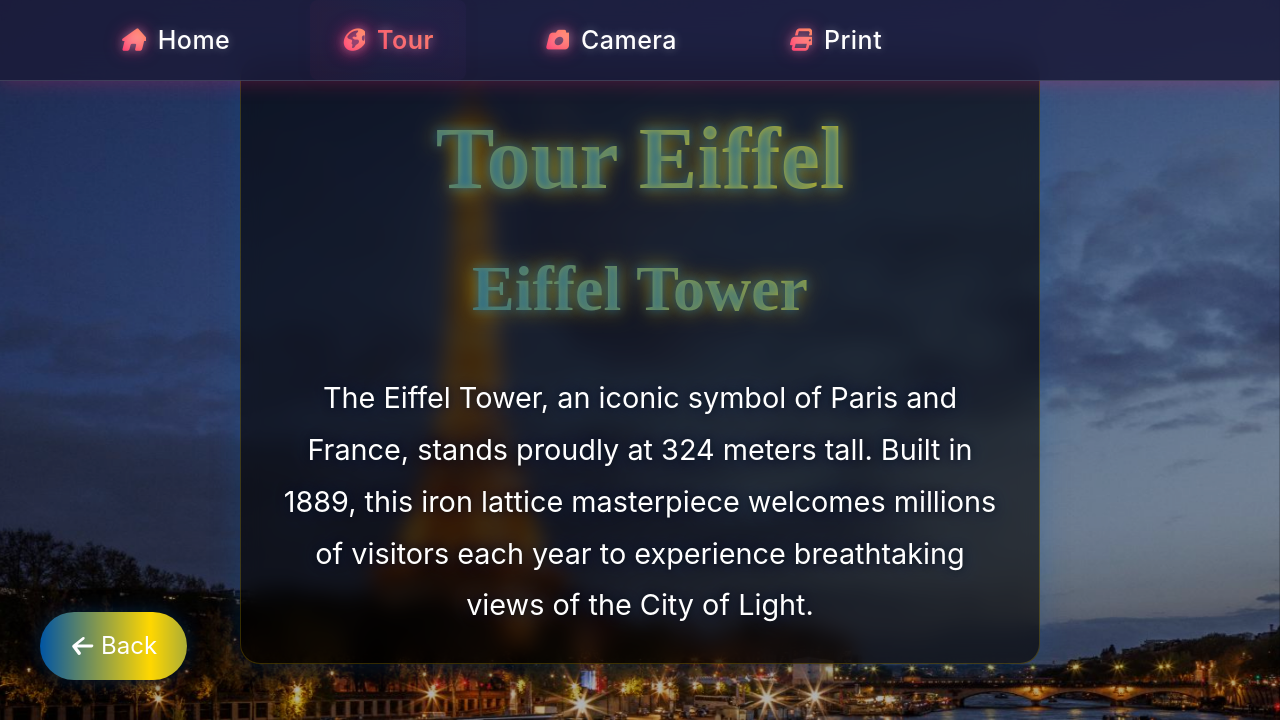
Repository: huang-heavenly-Emperor/NewYork
Page: eiffel.html
An editor plug-in stored every save of this project. The page is shown before and after the next save, followed by the edit.
The browser window is 1280 px wide. The pictures show the whole page.

Above is the page before, as saved 2025-02-19 14:57:11.

### eiffel.html
<!DOCTYPE html>
<html lang="en">

<head>
  <meta charset="UTF-8">
  <meta name="viewport" content="width=device-width, initial-scale=1.0">
  <title>Eiffel Tower - France</title>
  <link rel="stylesheet" href="css/style.css">
  <link rel="stylesheet" href="css/eiffel.css">
  <link rel="stylesheet" href="css/animations.css">
  <link rel="stylesheet" href="lib/font-awesome.css">
</head>

<body>
  <!-- 开场动画 -->
  <div class="page-entrance">
    <div class="entrance-content">
      <h1 class="entrance-title">
        <span class="french">Tour Eiffel</span>
        <span class="english">Eiffel Tower</span>
      </h1>
      <div class="entrance-line"></div>
      <p class="entrance-subtitle">Symbol of Paris</p>
    </div>
  </div>

  <!-- 页面主要内容 -->
  <div class="content-delay">
    <!-- Main navigation -->
    <nav class="main-nav">
      <ul class="nav-links">
        <li>
          <a href="index.html">
            <i class="fas fa-home"></i>
            Home
          </a>
        </li>
        <li class="dropdown">
          <a href="tour.html" class="active">
            <i class="fas fa-globe-americas"></i>
            Tour
          </a>
          <ul class="dropdown-menu">
            <li class="nested-dropdown">
              <a href="france.html" class="active">
                Europe
              </a>
              <ul class="nested-dropdown-menu">
                <li>
                  <a href="eiffel.html" class="active">
                    <span>Eiffel Tower</span>
                  </a>
                </li>
                <li>
                  <a href="louvre.html">
                    <span>Louvre Museum</span>
                  </a>
                </li>
              </ul>
            </li>
          </ul>
        </li>
        <li>
          <a href="camera.html">
            <i class="fas fa-camera"></i>
            Camera
          </a>
        </li>
        <li>
          <a href="print.html">
            <i class="fas fa-print"></i>
            Print
          </a>
        </li>
      </ul>
    </nav>

    <div class="banner">
      <img src="images/eiffel.jpg" alt="Eiffel Tower">
      <div class="banner-text">
        <h1>
          <span class="french">Tour Eiffel</span>
          <span class="english">Eiffel Tower</span>
        </h1>
        <p>
          The Eiffel Tower, an iconic symbol of Paris and France, stands proudly at 324 meters tall. Built in 1889, this iron lattice masterpiece welcomes millions of visitors each year to experience breathtaking views of the City of Light.
        </p>
      </div>
    </div>

    <a href="france.html" class="back-button">
      <i class="fas fa-arrow-left"></i>
      <span>Back</span>
    </a>
  </div>

  <script>
    document.addEventListener('DOMContentLoaded', function() {
      // 页面入场动画
      const pageEntrance = document.querySelector('.page-entrance');
      const contentDelay = document.querySelector('.content-delay');

      setTimeout(() => {
        pageEntrance.style.opacity = '0';
        pageEntrance.style.visibility = 'hidden';
        contentDelay.style.opacity = '1';
      }, 2000);
    });
  </script>
</body>

</html>

### css/eiffel.css
/* Base styles */
* {
    margin: 0;
    padding: 0;
    box-sizing: border-box;
}

body {
    font-family: 'Inter', sans-serif;
    line-height: 1.6;
    color: #ffffff;
    background: #000000;
    height: 100vh;
    overflow: hidden;
}

/* Banner section */
.banner {
    position: relative;
    width: 100vw;
    height: 100vh;
    overflow: hidden;
    display: flex;
    flex-direction: column;
    align-items: center;
    justify-content: center;
}

.banner img {
    position: absolute;
    top: 0;
    left: 0;
    width: 100%;
    height: 100%;
    object-fit: cover;
    filter: brightness(0.7) saturate(1.2);
    animation: zoomIn 1.5s ease-out forwards;
    z-index: 1;
}

.banner h1 {
    position: relative;
    font-family: 'Playfair Display', serif;
    font-size: 5rem;
    background: linear-gradient(45deg, #0055A4, #FFD700);
    -webkit-background-clip: text;
    -webkit-text-fill-color: transparent;
    text-shadow:
        0 0 10px rgba(0, 85, 164, 0.7),
        0 0 20px rgba(255, 215, 0, 0.7);
    opacity: 0;
    animation: titleReveal 1.2s ease-out 0.8s forwards;
    z-index: 2;
    margin-bottom: 2rem;
    text-align: center;
}

.banner h1 .french {
    display: block;
    font-size: 5.5rem;
    margin-bottom: 0.5rem;
}

.banner h1 .english {
    display: block;
    font-size: 4rem;
}

/* Article content */
.content {
    position: relative;
    max-width: 800px;
    width: 90%;
    padding: 2rem;
    z-index: 2;
    opacity: 0;
    animation: contentFadeIn 1s ease-out 1.5s forwards;
}

.banner-text {
    position: relative;
    max-width: 800px;
    width: 90%;
    padding: 2rem;
    z-index: 2;
    opacity: 0;
    animation: contentFadeIn 1s ease-out 1.5s forwards;
    background: rgba(0, 0, 0, 0.6);
    backdrop-filter: blur(10px);
    border-radius: 20px;
    border: 1px solid rgba(255, 215, 0, 0.2);
    box-shadow: 0 0 30px rgba(0, 85, 164, 0.3);
}

.banner-text p {
    font-size: 1.8rem;
    line-height: 1.8;
    color: #ffffff;
    text-align: center;
    text-shadow:
        0 0 10px rgba(0, 0, 0, 0.8),
        0 0 20px rgba(0, 85, 164, 0.5);
}

/* Page entrance animation */
.page-entrance {
    position: fixed;
    top: 0;
    left: 0;
    width: 100%;
    height: 100%;
    background: #000;
    display: flex;
    justify-content: center;
    align-items: center;
    z-index: 1000;
    transition: opacity 0.5s ease, visibility 0.5s ease;
}

.entrance-content {
    text-align: center;
    opacity: 0;
    animation: entranceFadeIn 1s ease forwards 0.5s;
}

.entrance-title {
    margin-bottom: 2rem;
}

.entrance-title .french {
    display: block;
    font-size: 5rem;
    color: #FFD700;
    margin-bottom: 1rem;
    text-shadow: 0 0 20px rgba(255, 215, 0, 0.4);
    opacity: 0;
    animation: titleGlow 2s ease forwards;
}

.entrance-title .english {
    display: block;
    font-size: 3rem;
    color: #0055A4;
    text-transform: uppercase;
    letter-spacing: 0.2em;
    opacity: 0;
    animation: titleReveal 1.5s ease forwards 0.5s;
}

.entrance-line {
    width: 0;
    height: 2px;
    background: linear-gradient(to right, transparent, #FFD700, transparent);
    margin: 2rem auto;
    animation: lineExpand 1s ease-out forwards 1s;
}

.entrance-subtitle {
    font-size: 1.5rem;
    color: #ffffff;
    opacity: 0;
    animation: subtitleFade 1s ease forwards 1.5s;
}

/* Back button */
.back-button {
    position: fixed;
    bottom: 40px;
    left: 40px;
    padding: 15px 30px;
    font-size: 24px;
    color: #ffffff;
    background: linear-gradient(
        270deg,
        #0055A4,
        #FFD700,
        #0055A4,
        #FFD700,
        #0055A4
    );
    background-size: 300% 100%;
    border: none;
    border-radius: 50px;
    cursor: pointer;
    display: flex;
    align-items: center;
    gap: 10px;
    text-decoration: none;
    transition: all 0.3s ease;
    z-index: 1000;
    box-shadow: 0 4px 15px rgba(0, 0, 0, 0.3),
                0 0 20px rgba(0, 85, 164, 0.4);
    animation: gradientMove 4s linear infinite;
}

.back-button:hover {
    transform: translateY(-3px);
    box-shadow: 0 6px 20px rgba(0, 0, 0, 0.4),
                0 0 30px rgba(0, 85, 164, 0.6),
                0 0 50px rgba(255, 215, 0, 0.4);
    animation: gradientMove 2s linear infinite;
}

.back-button i {
    font-size: 24px;
}

/* Animations */
@keyframes zoomIn {
    0% {
        transform: scale(1.2);
        filter: brightness(0);
    }
    100% {
        transform: scale(1);
        filter: brightness(0.7) saturate(1.2);
    }
}

@keyframes titleReveal {
    0% {
        opacity: 0;
        transform: translateY(-20px);
    }
    100% {
        opacity: 1;
        transform: translateY(0);
    }
}

@keyframes contentFadeIn {
    0% {
        opacity: 0;
        transform: translateY(30px);
    }
    100% {
        opacity: 1;
        transform: translateY(0);
    }
}

@keyframes gradientMove {
    0% {
        background-position: 0% 50%;
    }
    100% {
        background-position: 300% 50%;
    }
}

@keyframes entranceFadeIn {
    0% {
        opacity: 0;
        transform: translateY(30px);
    }
    100% {
        opacity: 1;
        transform: translateY(0);
    }
}

@keyframes titleGlow {
    0% {
        opacity: 0;
        text-shadow: 0 0 0 rgba(255, 215, 0, 0);
    }
    50% {
        opacity: 0.5;
        text-shadow: 0 0 30px rgba(255, 215, 0, 0.6);
    }
    100% {
        opacity: 1;
        text-shadow: 0 0 20px rgba(255, 215, 0, 0.4);
    }
}

@keyframes lineExpand {
    0% {
        width: 0;
    }
    100% {
        width: 200px;
    }
}

@keyframes subtitleFade {
    0% {
        opacity: 0;
        transform: translateY(20px);
    }
    100% {
        opacity: 1;
        transform: translateY(0);
    }
}

/* Responsive design */
@media (max-width: 768px) {
    .banner h1 {
        font-size: 3.5rem;
    }

    .banner h1 .french {
        font-size: 4rem;
    }

    .banner h1 .english {
        font-size: 3rem;
    }

    .banner-text p {
        font-size: 1.4rem;
    }

    .back-button {
        padding: 12px 25px;
        font-size: 20px;
    }
}

@media (max-width: 480px) {
    .banner h1 {
        font-size: 2.5rem;
    }

    .banner h1 .french {
        font-size: 3rem;
    }

    .banner h1 .english {
        font-size: 2.2rem;
    }

    .banner-text p {
        font-size: 1.2rem;
    }

    .back-button {
        padding: 10px 20px;
        font-size: 18px;
    }
}

### css/animations.css
/* Opening animation */
@keyframes fadeInScale {
  0% {
    opacity: 0;
    transform: scale(0.9);
  }
  50% {
    opacity: 0.5;
    transform: scale(1.02);
  }
  100% {
    opacity: 1;
    transform: scale(1);
  }
}

@keyframes slideInFromBottom {
  0% {
    opacity: 0;
    transform: translate(-50%, 50px);
  }
  60% {
    opacity: 0.8;
    transform: translate(-50%, -5px);
  }
  80% {
    transform: translate(-50%, 2px);
  }
  100% {
    opacity: 1;
    transform: translate(-50%, 0);
  }
}

@keyframes slideInFromTop {
  0% {
    opacity: 0;
    transform: translateY(-30px);
  }
  100% {
    opacity: 1;
    transform: translateY(0);
  }
}

@keyframes fadeInRotate {
  0% {
    opacity: 0;
    transform: rotate(-10deg) scale(0.95);
  }
  100% {
    opacity: 1;
    transform: rotate(0) scale(1);
  }
}

/* Navigation bar animation */
.main-nav {
  animation: slideInFromTop 0.8s cubic-bezier(0.34, 1.56, 0.64, 1);
}

.nav-links li {
  opacity: 0;
  animation: fadeInRotate 0.6s cubic-bezier(0.34, 1.56, 0.64, 1) forwards;
}

.nav-links li:nth-child(1) { animation-delay: 0.2s; }
.nav-links li:nth-child(2) { animation-delay: 0.3s; }
.nav-links li:nth-child(3) { animation-delay: 0.4s; }
.nav-links li:nth-child(4) { animation-delay: 0.5s; }

/* Navigation link hover effect */
.nav-links a {
  transition: all 0.3s cubic-bezier(0.34, 1.56, 0.64, 1);
}

.nav-links a:hover {
  transform: translateY(-2px) scale(1.05);
  text-shadow: 0 2px 4px rgba(0, 0, 0, 0.2);
}

/* Rocket animation */
.rocketManSVG {
  opacity: 0;
  animation: fadeInScale 1s cubic-bezier(0.23, 1, 0.32, 1) 1s forwards;
}

/* Star animation */
.star {
  opacity: 0;
  animation: fadeInRotate 0.8s cubic-bezier(0.34, 1.56, 0.64, 1) forwards;
}

.starContainer .star:nth-child(odd) {
  animation-delay: 0.5s;
}

.starContainer .star:nth-child(even) {
  animation-delay: 0.7s;
}

/* Satellite animation */
.satellite {
  opacity: 0;
  animation: fadeInScale 1s cubic-bezier(0.23, 1, 0.32, 1) 1.2s forwards;
}

/* Title animation */
.demo--dancing-shadows__title {
  animation: fadeInScale 1.8s cubic-bezier(0.23, 1, 0.32, 1);
}

.text-wrapper {
  animation: fadeInScale 2s cubic-bezier(0.23, 1, 0.32, 1) 0.2s backwards;
}

/* CTA button animation */
.cta-wrapper {
  position: fixed;
  bottom: 50px;
  left: 50%;
  transform: translateX(-50%);
  z-index: 1000;
  animation: slideInFromBottom 1.2s cubic-bezier(0.34, 1.56, 0.64, 1) 1.5s backwards;
  opacity: 1;
}

.cta-button {
  transition: all 0.5s cubic-bezier(0.34, 1.56, 0.64, 1);
  will-change: transform;
  position: relative;
  z-index: 1000;
  opacity: 1;
}

.cta-button:hover {
  transform: translateY(-6px) scale(1.03);
  box-shadow: 0 12px 35px rgba(255, 107, 107, 0.4);
  background: linear-gradient(135deg,
    rgba(255, 127, 127, 0.98),
    rgba(255, 127, 167, 0.98)
  );
  letter-spacing: 1px;
}

.cta-button:active {
  transform: translateY(-2px) scale(0.98);
  box-shadow: 0 6px 20px rgba(255, 107, 107, 0.4);
  transition: all 0.2s cubic-bezier(0.34, 1.56, 0.64, 1);
}

/* Text hover effect */
.text-item {
  transition: all 0.4s cubic-bezier(0.34, 1.56, 0.64, 1);
  will-change: transform;
}

.text-item:hover {
  transform: translateY(-4px) scale(1.08);
  text-shadow: 0 0.15rem black,
               0 0.25rem black,
               0 0.35rem black,
               0 0.45rem black,
               0 0.65rem black,
               0 0.75rem rgba(255, 255, 255, 0.8),
               0 0.85rem rgba(255, 255, 255, 0.6);
}

/* Background animation effect */
.demo--dancing-shadows__title:before {
  transition: all 0.8s cubic-bezier(0.23, 1, 0.32, 1);
}

.demo--dancing-shadows__title:hover:before {
  filter: hue-rotate(25deg) brightness(1.15);
}

/* 页面开场动画 */
.page-entrance {
    position: fixed;
    top: 0;
    left: 0;
    width: 100%;
    height: 100%;
    background: #000;
    z-index: 9999;
    display: flex;
    justify-content: center;
    align-items: center;
    animation: fadeOut 0.5s ease forwards 2.5s;
}

.entrance-content {
    text-align: center;
    opacity: 0;
    animation: contentFadeIn 0.8s ease forwards 0.5s;
}

.entrance-title {
    font-size: 4rem;
    color: transparent;
    position: relative;
    margin-bottom: 1rem;
}

.entrance-title .chinese {
    display: block;
    font-family: "STKaiti", "楷体", serif;
    font-size: 5rem;
    background: linear-gradient(120deg, #FFD700, #FFA500);
    -webkit-background-clip: text;
    background-clip: text;
    opacity: 0;
    transform: translateY(20px);
    animation: titleReveal 0.8s ease forwards 0.8s;
}

.entrance-title .english {
    display: block;
    font-family: "Playfair Display", serif;
    font-size: 2.5rem;
    color: #fff;
    opacity: 0;
    transform: translateY(20px);
    animation: titleReveal 0.8s ease forwards 1.2s;
}

.entrance-line {
    width: 0;
    height: 2px;
    background: linear-gradient(90deg,
        transparent,
        #FFD700,
        #FFA500,
        #FFD700,
        transparent
    );
    margin: 20px auto;
    animation: lineGrow 0.6s ease forwards 1.6s;
}

.entrance-subtitle {
    font-size: 1.2rem;
    color: rgba(255, 255, 255, 0.8);
    opacity: 0;
    transform: translateY(20px);
    animation: titleReveal 0.8s ease forwards 1.8s;
}

/* 开场动画关键帧 */
@keyframes fadeOut {
    to {
        opacity: 0;
        visibility: hidden;
    }
}

@keyframes contentFadeIn {
    from {
        opacity: 0;
        transform: translateY(30px);
    }
    to {
        opacity: 1;
        transform: translateY(0);
    }
}

@keyframes titleReveal {
    from {
        opacity: 0;
        transform: translateY(20px);
    }
    to {
        opacity: 1;
        transform: translateY(0);
    }
}

@keyframes lineGrow {
    from {
        width: 0;
    }
    to {
        width: 300px;
    }
}

/* 页面内容延迟显示 */
.content-delay {
    opacity: 0;
    animation: contentAppear 1s ease forwards 3s;
}

@keyframes contentAppear {
    to {
        opacity: 1;
    }
}

### lib/font-awesome.css
@font-face {
    font-family: 'Font Awesome 6 Free';
    font-style: normal;
    font-weight: 900;
    src: url('webfonts/fa-solid-900.woff2') format('woff2');
}

.fas {
    font-family: 'Font Awesome 6 Free';
    font-weight: 900;
}

.fa-home:before {
    content: "\f015";
}

.fa-globe-americas:before {
    content: "\f57d";
}

.fa-torii-gate:before {
    content: "\f6a1";
}

.fa-sun:before {
    content: "\f185";
}

.fa-landmark:before {
    content: "\f66f";
}

.fa-flag-usa:before {
    content: "\f74d";
}

.fa-star:before {
    content: "\f005";
}

.fa-chart-line:before {
    content: "\f201";
}

.fa-city:before {
    content: "\f64f";
}

.fa-tree:before {
    content: "\f1bb";
}

.fa-theater-masks:before {
    content: "\f630";
}

.fa-ellipsis-h:before {
    content: "\f141";
}

.fa-camera:before {
    content: "\f030";
}

.fa-print:before {
    content: "\f02f";
}

.fa-arrow-left:before {
    content: "\f060";
}

Loaded but not shown: css/style.css (502 lines, source omitted)

After the next save:
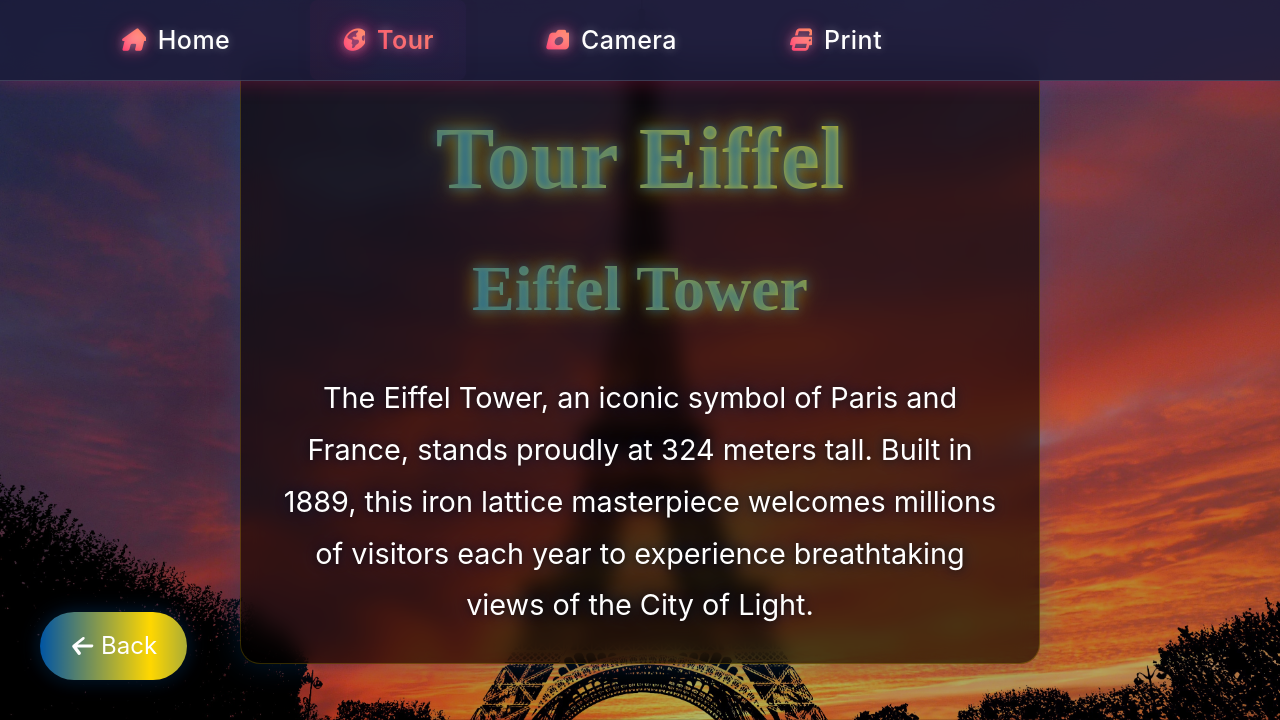
Saved 3 min 10 s later.
--- a/eiffel.html
+++ b/eiffel.html
@@ -76,7 +76,7 @@
     </nav>
 
     <div class="banner">
-      <img src="images/eiffel.jpg" alt="Eiffel Tower">
+      <img src="images/eiffel2.jpg" alt="Eiffel Tower">
       <div class="banner-text">
         <h1>
           <span class="french">Tour Eiffel</span>
